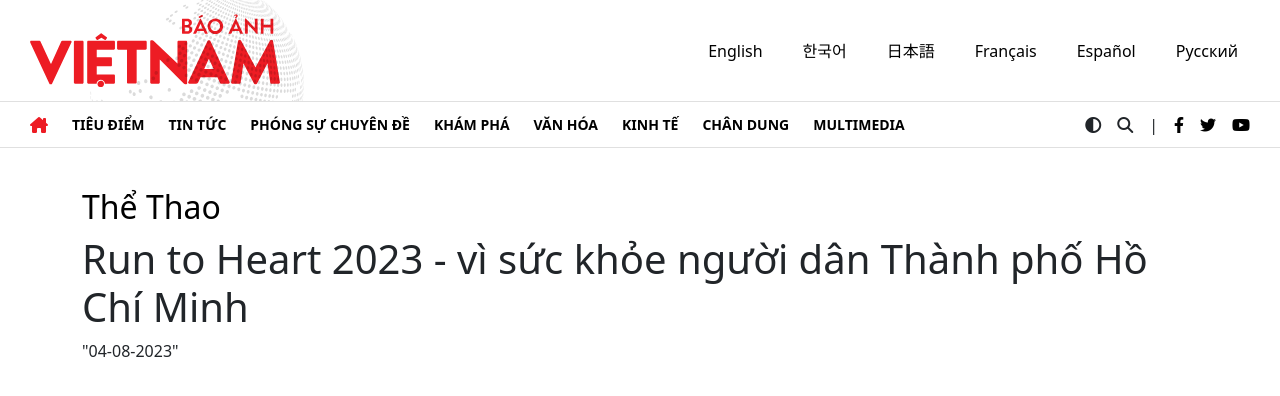
Repository: kietdotshp/webtintuc
Page: Detail.html
These files come from the project's save history. The page is drawn as it stood at one moment and after the next save; the edit follows.
The browser window is 1280 px wide. The pictures show the whole page.
Some icons come from a web library that is not loaded, so they are not drawn. Some web libraries are served in a nearby version.

Above is the page before, as saved 2023-08-10 15:54:05.

### Detail.html
<!DOCTYPE html>
<html lang="en">

<head>
    <title></title>
    <meta charset="UTF-8">
    <meta name="viewport" content="width=device-width, initial-scale=1">
    <link href="assets/css/detail.css" rel="stylesheet">
    <link href="https://cdn.jsdelivr.net/npm/bootstrap@5.3.1/dist/css/bootstrap.min.css" rel="stylesheet"
        integrity="sha384-4bw+/aepP/YC94hEpVNVgiZdgIC5+VKNBQNGCHeKRQN+PtmoHDEXuppvnDJzQIu9" crossorigin="anonymous">
    <link href="https://cdn.jsdelivr.net/npm/bootstrap@5.3.1/dist/css/bootstrap.min.css" rel="stylesheet"
        integrity="sha384-4bw+/aepP/YC94hEpVNVgiZdgIC5+VKNBQNGCHeKRQN+PtmoHDEXuppvnDJzQIu9" crossorigin="anonymous" />
    <script src="https://cdn.jsdelivr.net/npm/bootstrap@5.3.1/dist/js/bootstrap.bundle.min.js"></script>
    <script src="https://kit.fontawesome.com/a076d05399.js"></script>
    <link rel="stylesheet" href="https://cdnjs.cloudflare.com/ajax/libs/font-awesome/6.4.2/css/all.min.css"
        integrity="sha512-z3gLpd7yknf1YoNbCzqRKc4qyor8gaKU1qmn+CShxbuBusANI9QpRohGBreCFkKxLhei6S9CQXFEbbKuqLg0DA=="
        crossorigin="anonymous" referrerpolicy="no-referrer" />

</head>

<header>
    <div class="container-custom">
        <section class="d-flex align-items-center justify-content-between">
            <!-- Web logo -->
            <figure class="web-logo">
                <img src="./assets/images/logo-vi.svg" alt="Logo" class="img-contain" />
            </figure>

            <div class="d-none d-lg-flex align-items-center gap-3">
                <a href="javascript:void(0)" class="choose-lang">English</a>
                <a href="javascript:void(0)" class="choose-lang">한국어</a>
                <a href="javascript:void(0)" class="choose-lang">日本語</a>
                <a href="javascript:void(0)" class="choose-lang">Français</a>
                <a href="javascript:void(0)" class="choose-lang">Español</a>
                <a href="javascript:void(0)" class="choose-lang">Русский</a>
            </div>

            <a class="mobile-menu d-lg-none" href="javascript:void(0)">
                <i class="fa-solid fa-bars-staggered fs-2"></i>
            </a>
        </section>
    </div>

    <div class="line-seperate-horizontal"></div>

    <div class="container-custom">
        <section class="d-flex align-items-center justify-content-between py-3 py-lg-0">
            <div class="d-flex align-items-center gap-4 gap-xxl-5">
                <a href="javascript:void(0)">
                    <i class="fa-solid fa-house-chimney color-primary"></i>
                </a>

                <div class="d-none d-lg-flex align-items-center gap-4 gap-xxl-5">
                    <a href="javascript:void(0)" class="menu-item">Tiêu điểm</a>
                    <a href="javascript:void(0)" class="menu-item">Tin tức</a>
                    <a href="javascript:void(0)" class="menu-item">Phóng sự chuyên đề</a>
                    <a href="javascript:void(0)" class="menu-item">Khám phá</a>
                    <a href="javascript:void(0)" class="menu-item">Văn hóa</a>
                    <a href="javascript:void(0)" class="menu-item">Kinh tế</a>
                    <a href="javascript:void(0)" class="menu-item">Chân dung</a>
                    <a href="javascript:void(0)" class="menu-item">Multimedia</a>
                </div>
            </div>

            <div class="d-flex align-items-center gap-3">
                <div class="d-flex align-items-center gap-3">
                    <div class="cursor-pointer">
                        <i class="fa-solid fa-circle-half-stroke"></i>
                    </div>
                    <div class="cursor-pointer">
                        <i class="fa-solid fa-magnifying-glass"></i>
                    </div>
                </div>

                <div class="d-lg-none d-xl-block">|</div>

                <div class="d-lg-none d-xl-flex align-items-center gap-3">
                    <a href="javascript:void(0)">
                        <i class="fa-brands fa-facebook-f"></i>
                    </a>
                    <a href="javascript:void(0)">
                        <i class="fa-brands fa-twitter"></i>
                    </a>
                    <a href="javascript:void(0)">
                        <i class="fa-brands fa-youtube"></i>
                    </a>
                </div>
            </div>
        </section>
    </div>
</header>
<div class="line-seperate-horizontal"></div>

<body>
    <div class="container">
        <div class="detailmenu">
            <h2><a href="#" target="kiểu mở liên kết">Thể Thao</a> </h2>
            <h1>Run to Heart 2023 - vì sức khỏe người dân Thành phố Hồ Chí Minh</h1>

            <time>
                <i class="icon-time icon-grp icon-s12"></i>
                "04-08-2023"
            </time>
        </div>
    </div>
</body>

</html>

### assets/css/detail.css
:root {
    --main-color: #333;
    --main-red-color: #ed1c24;
    --main-white-color: #fff;
    --main-blue-color-1: #b8dcf3;
    --main-blue-color-2: #467491;
    --main-grey-color-1: #666;
    --main-grey-color-2: #888;
    --main-grey-color-3: #f0f0f0;
    --main-border-color: #e0e0e0;
  }

  /* Common */
  .body {
    display: flex;
    flex-direction: column;
    min-height: 100vh;
    font-size: 16px;
    color: var(--main-color);
    font-family: 'Roboto-Regular', sans-serif;
  }

  .img-cover {
    width: 100%;
    height: 100%;
    object-fit: cover;
  }

  .img-contain {
    width: 100%;
    height: 100%;
    object-fit: contain;
  }

  img {
    max-width: 100%;
    max-height: 100%;
  }

  a {
    text-decoration: none !important;
    color: initial !important;
  }

  .color-primary {
    color: var(--main-red-color);
  }

  .cursor-pointer {
    cursor: pointer;
  }

  .container-custom {
    max-width: 1400px;
    padding-inline: 15px;
    margin: 0 auto;

    @media (min-width: 768px) {
      padding-inline: 30px;
    }
  }

  .text-line-clamp-2 {
    display: -webkit-box;
    -webkit-line-clamp: 2;
    -webkit-box-orient: vertical;
    overflow: hidden;
  }

  .text-line-clamp-3 {
    display: -webkit-box;
    -webkit-line-clamp: 3;
    -webkit-box-orient: vertical;
    overflow: hidden;
  }

  .image-padding-top {
    position: relative;
    padding-top: 56.25%;
  }

  /* Header css */
  .web-logo {
    position: relative;
    padding-block: 14px;
    margin-bottom: 0;
    width: 150px;

    @media (min-width: 992px) {
      width: 250px;
    }
  }

  .web-logo::after {
    content: '';
    background: url('../images/earth-digital.svg') no-repeat;
    width: 100%;
    height: 100%;
    opacity: 0.2;
    position: absolute;
    right: -60px;
    top: 0;
  }

  .choose-lang {
    border-radius: 9999px;
    padding: 6px 12px;
  }

  .choose-lang:hover {
    background-color: var(--main-border-color);
  }

  .line-seperate-horizontal {
    width: 100%;
    height: 1px;
    background-color: #e0e0e0;
  }

  .line-seperate-vertical {
    width: 1px;
    height: 100%;
    background-color: #e0e0e0;
    margin: 0 auto;
  }

  .menu-item {
    text-transform: uppercase;
    font-weight: 700;
    font-size: 14px;
    position: relative;
    padding-block: 12px;
    white-space: nowrap;
  }

  .menu-item::before {
    content: '';
    position: absolute;
    top: -1px;
    left: 50%;
    right: 50%;
    transform: translate(-50%, 0);
    width: 0;
    height: 2px;
    background: var(--main-red-color);
    transition: all 0.2s linear;
  }

  .menu-item:hover:before {
    width: 100%;
  }

  /* Carousel */
  .carousel-item {
    position: absolute !important;
    top: 0;
    left: 0;
    width: 100%;
    height: 100%;
  }

  .carousel-control-next,
  .carousel-control-prev {
    width: 10% !important;
  }

  .carousel-control-prev,
  .carousel-control-next {
    opacity: 0 !important;
  }

  .carousel:hover .carousel-control-prev,
  .carousel:hover .carousel-control-next {
    transition: all 0.3s linear;
    opacity: 1 !important;
  }

  /* Main */
  .content {
    border: 1px solid var(--main-border-color);
    padding: 20px;
  }

  .content-spacing {
    margin-block: 40px;
  }

  .content-title {
    display: inline-block;
    color: var(--main-red-color);
    line-height: 26px;
    font-size: 26px;
    font-weight: 600;
    margin-bottom: 20px;
  }

  .article-title {
    font-size: 22px;
    font-weight: 600;
  }

  .article-title.sub {
    font-size: 16px;
  }

  .article-category {
    text-transform: uppercase;
    font-size: 12px;
    color: var(--main-grey-color-2);
  }

  .content-ul-list {
    padding-left: 20px;
    margin-bottom: 0;
    max-height: 480px;
    overflow: auto;
  }

  .content-ul-list li::marker {
    color: var(--main-red-color);
  }

  /* Spacing */
  .mb-10px {
    margin-bottom: 10px;
  }

  .max-w-40px {
    max-width: 40px !important;
  }
  .h2{
    color: var(--main-red-color);
  }
  .detailmenu{
    margin-top: 40px;
  }

After the next save:
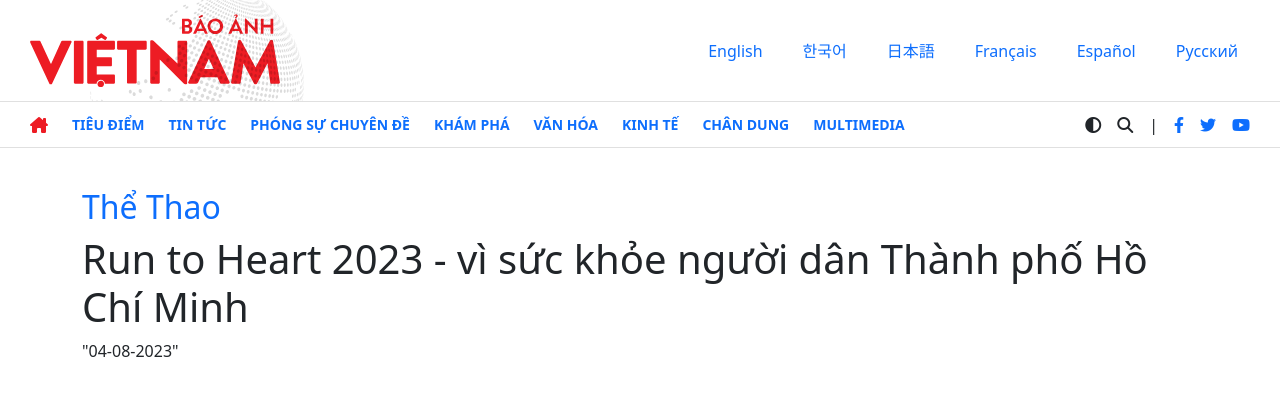
Saved 69 s later.
--- a/assets/css/detail.css
+++ b/assets/css/detail.css
@@ -39,7 +39,7 @@
 
   a {
     text-decoration: none !important;
-    color: initial !important;
+    /* color: initial !important; */
   }
 
   .color-primary {
